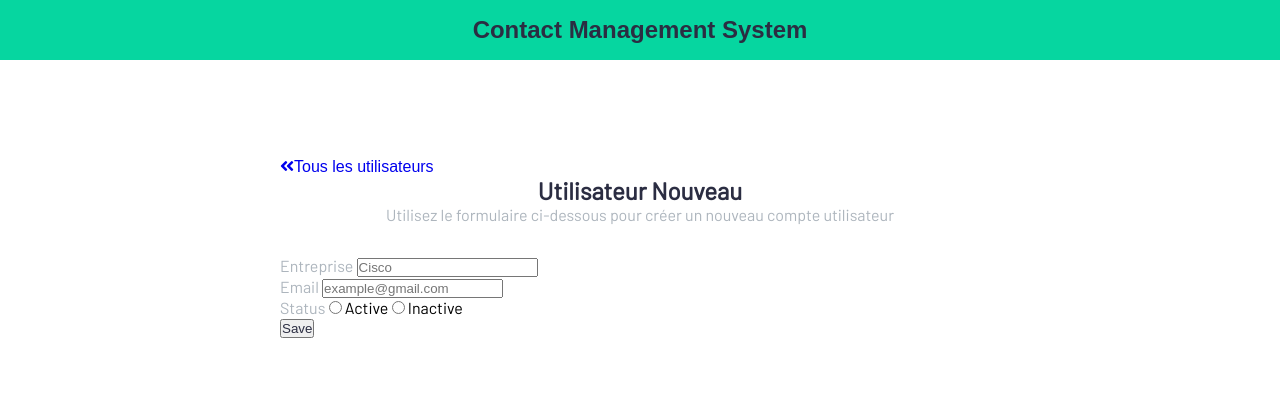
Repository: mohamed-makrani/Global_Development_Service_DBMS
Page: DBMS/views/add_user.html
These files come from the project's save history. The page is drawn as it stood at one moment and after a run of saves; the edit follows.
The browser window is 1280 px wide. The pictures show the whole page.
Some web fonts or font styles are not loaded; a fallback is used.

Above is the page before, as saved 2024-04-22 19:05:19.

After the next 2 saves:
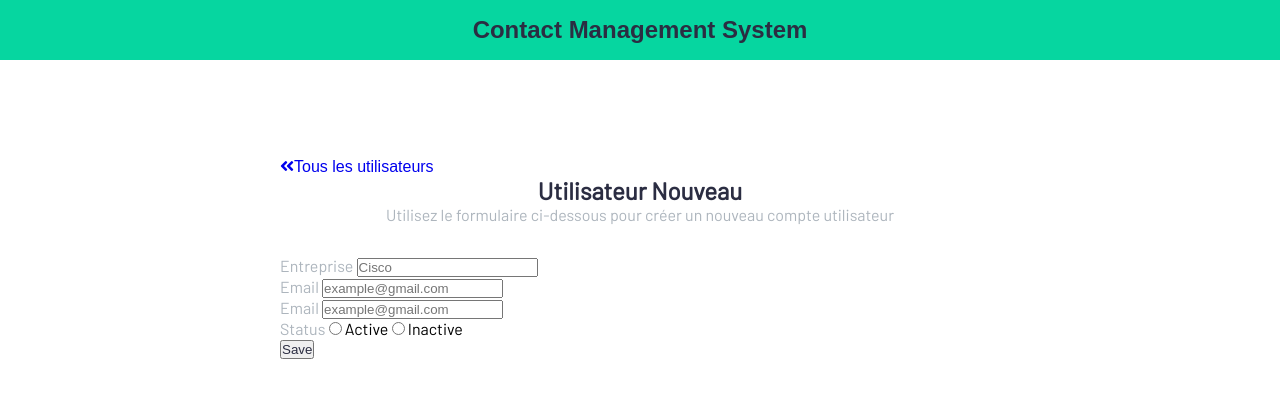
The 2 saves are shown as one change because they came seconds apart.
The last was saved 7 s later.
--- a/DBMS/views/add_user.html
+++ b/DBMS/views/add_user.html
@@ -49,6 +49,11 @@
                             <input type="text" name="email" value="" placeholder="example@gmail.com">
                         </div>
 
+                        <div class="form-group">
+                            <label for="Email" class="text-light">Email</label>
+                            <input type="text" name="email" value="" placeholder="example@gmail.com">
+                        </div>
+
 
                         <div class="form-group">
                             <label for="gender" class="text-light">Status</label>
